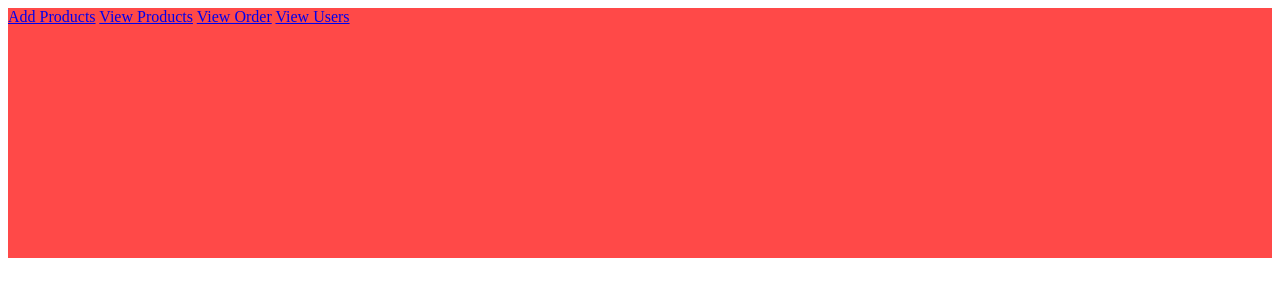
Repository: abhishekgandhi2398/BookStore
Page: http://localhost/BookStore/2.jsp
These files come from the project's save history. The page is drawn as it stood at one moment and after the next save; the edit follows.
The browser window is 1280 px wide. The pictures show the whole page.
The page is served by Tomcat 9.

Above is the page before, as saved 2019-12-06 15:44:47.

After the next save:
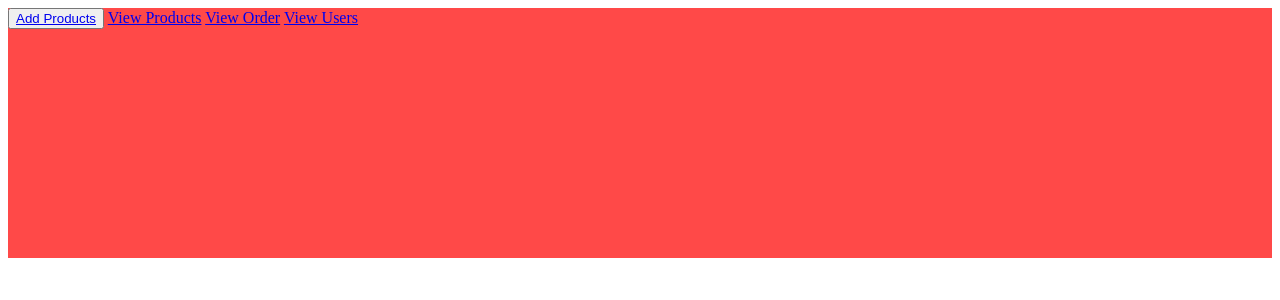
Saved 32 s later.
--- a/ProjectJava/BookStore/WebContent/2.jsp
+++ b/ProjectJava/BookStore/WebContent/2.jsp
@@ -17,6 +17,7 @@
 
 
 
+<button><a href="add_product.jsp">Add Products</a></button>
 
 
 
@@ -25,7 +26,6 @@
 
 
 
-<a href="add_product.jsp">Add Products</a>
 
 <a href="admin_view_product.jsp">View Products</a>
 
